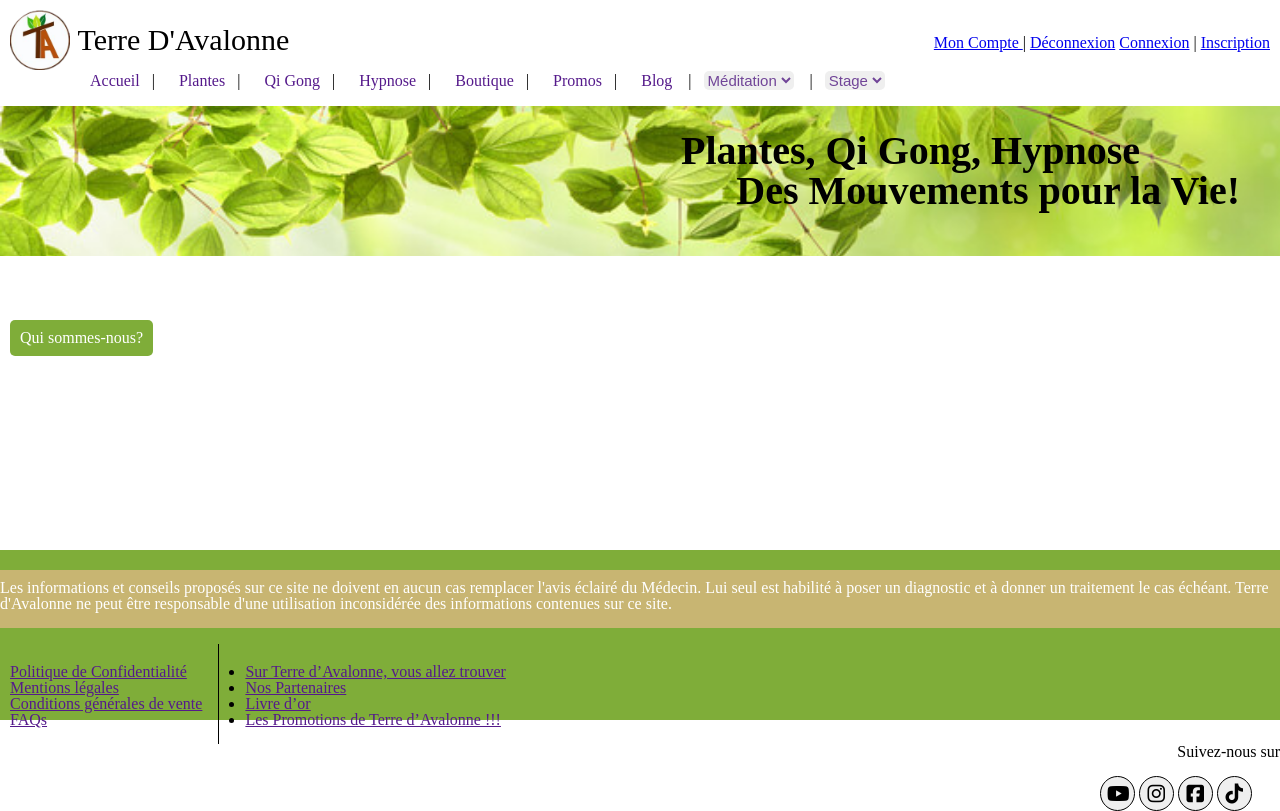
Repository: Michelhof1978/TerreDavalonne
Page: templates/base.html
An editor plug-in stored every save of this project. The page is shown before and after a run of saves, followed by the edit.
The browser window is 1280 px wide. The pictures show the whole page.
Some web fonts or font styles are not loaded; a fallback is used. Some web libraries are served in a nearby version.

Above is the page before, as saved 2022-05-04 16:07:57.

After the next 2 saves:
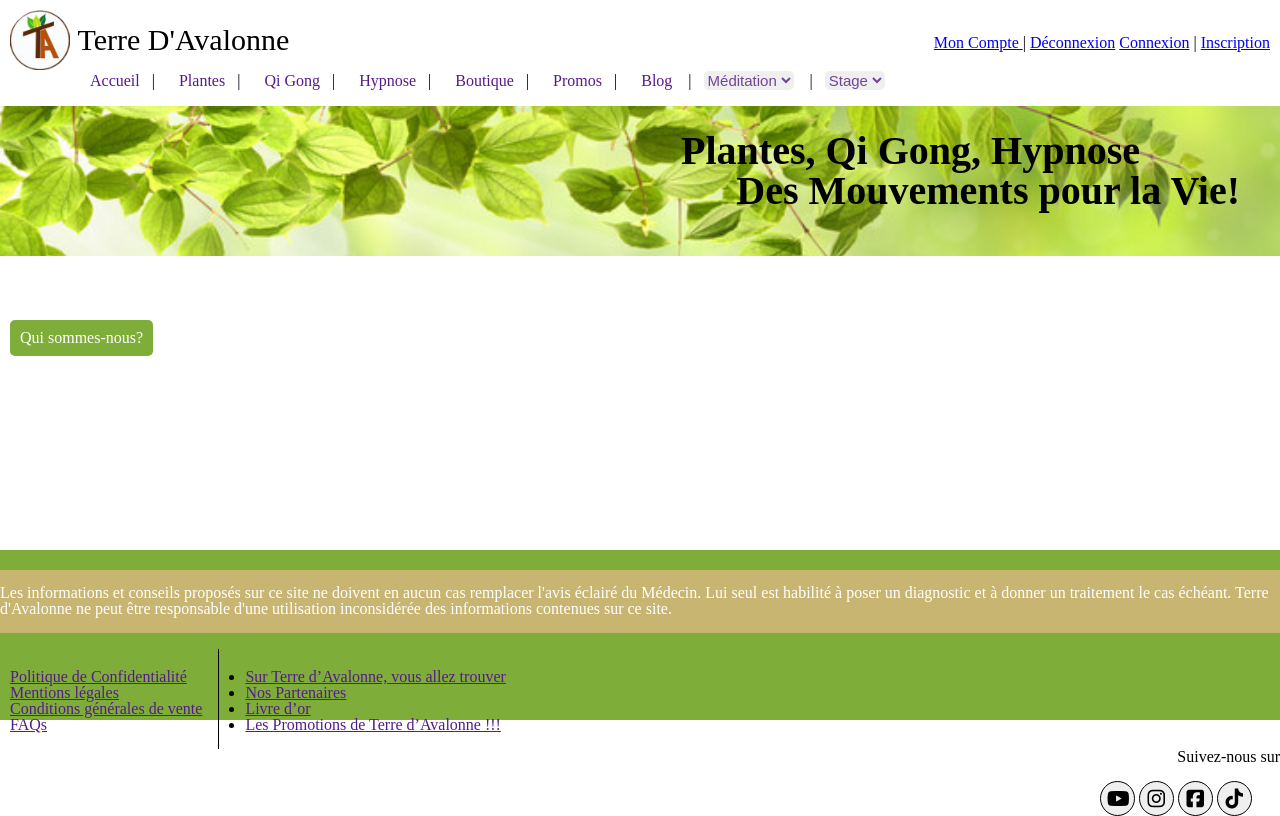
The 2 saves are shown as one change because they came seconds apart.
The last was saved 9 s later.
--- a/templates/base.html
+++ b/templates/base.html
@@ -281,7 +281,7 @@
     height: 3em;
     background-color: #C8B572 ;
     color: white;
-    padding-top: 10px;
+    padding-top: 15px;
   }
 
   .ulFooter {
